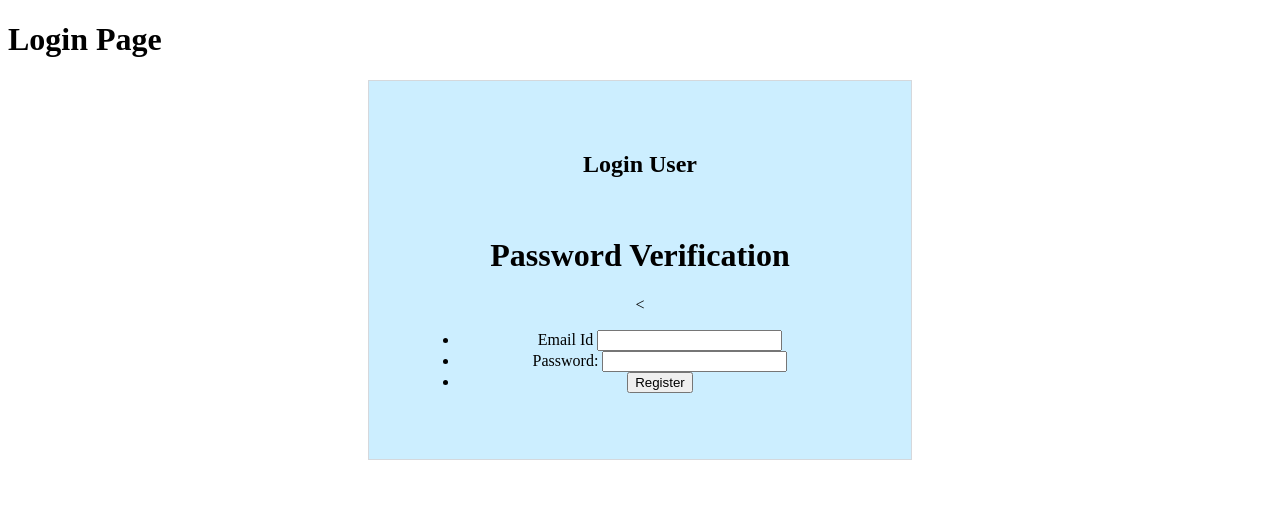
Repository: ashwinipatil321/ServletPrograms
Page: http://localhost/loginAndRegisterServlet/login.jsp
The author's editor kept a copy of each file at every save. The page is drawn from the files as they stood at one save, then again after the next save.
The browser window is 1280 px wide. The pictures show the whole page.
The page is served by Tomcat 9.

Above is the page before, as saved 2017-11-07 04:47:25.

After the next save:
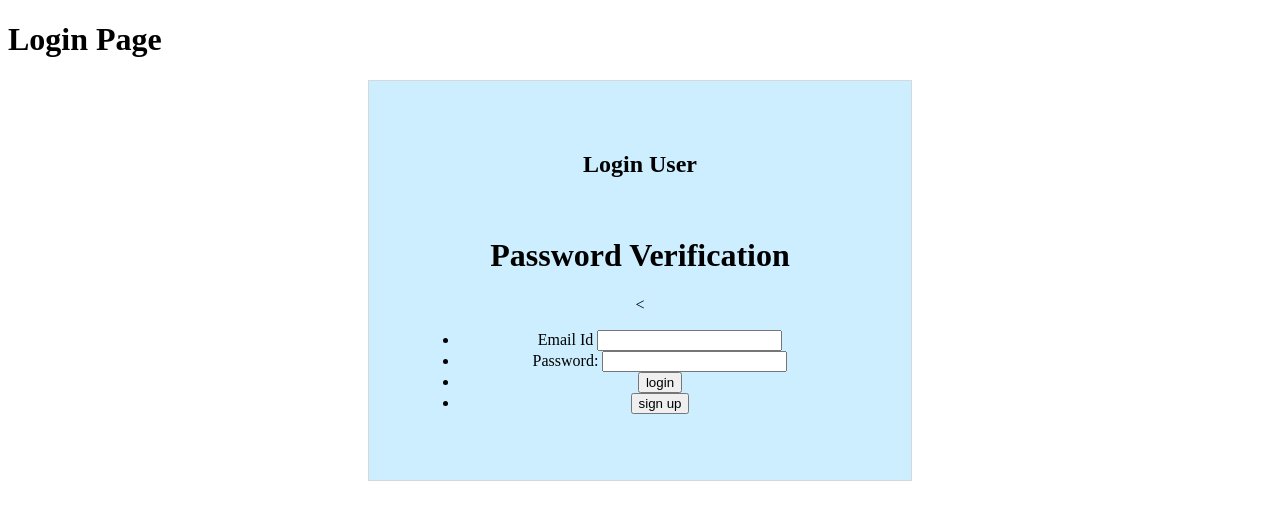
Saved 33 s later.
--- a/loginAndRegisterServlet/WebContent/login.jsp
+++ b/loginAndRegisterServlet/WebContent/login.jsp
@@ -47,7 +47,10 @@
             <span><input id="password" type="password" name="password" /></span>
         </li>
         <li>
-            <button type="submit">Register</button>
+            <button type="submit">login</button>
+        </li>
+         <li>
+            <button type="submit">sign up</button>
         </li>
     </ul>
 </form>
